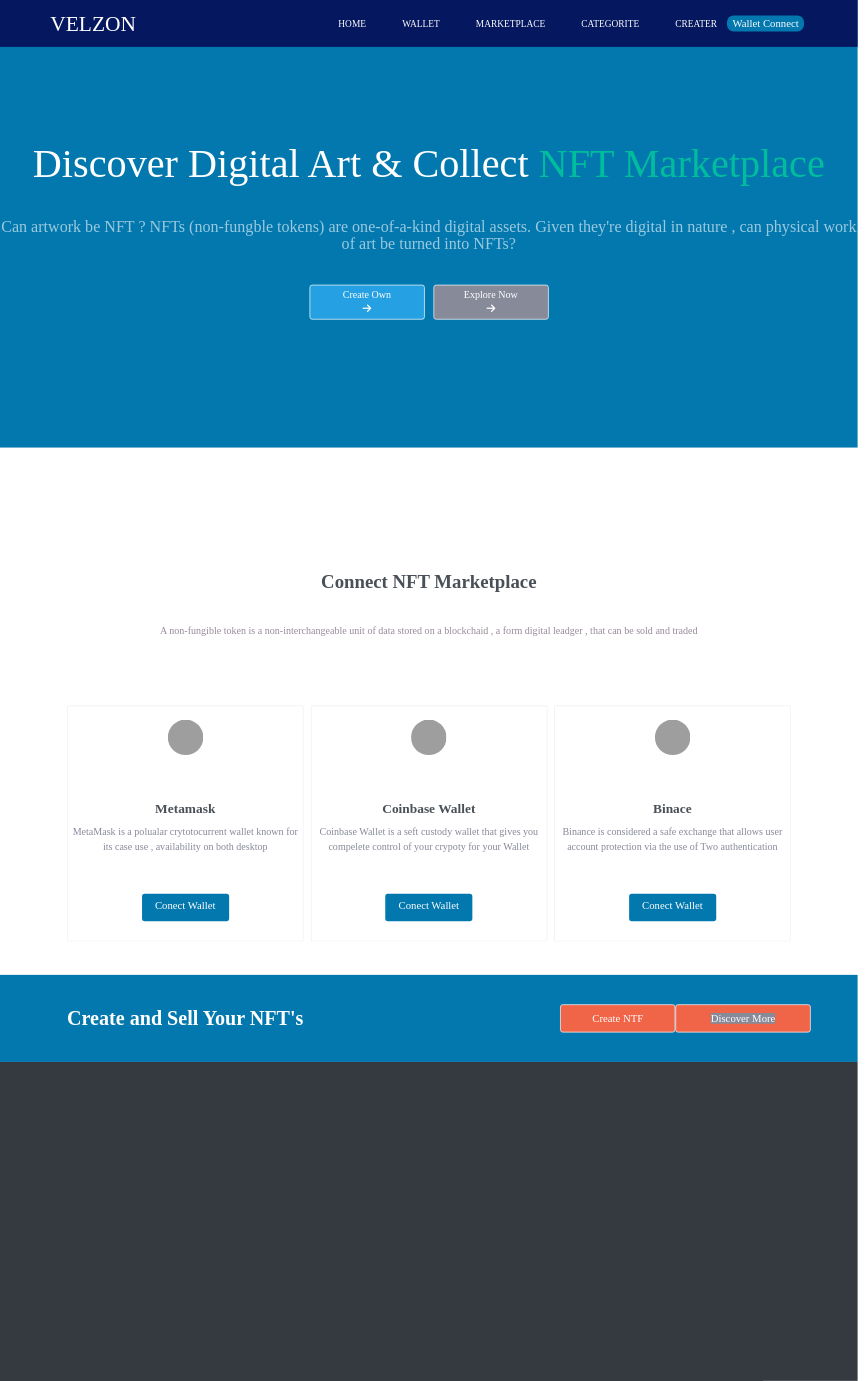
Repository: HuynhDuc23/Webvideodesgin
Page: index.html
An editor plug-in stored every save of this project. The page is shown before and after the next save, followed by the edit.
The browser window is 1280 px wide. The page is 1293 px wide, so the pictures cover 1293 px, including what lies to the right of the window. The pictures show the whole page, at 67% of full size.
Pictures or frames that could not be fetched are drawn as grey boxes. The style sheet was rebuilt from its Sass, Less or Tailwind sources for each picture, by a compiler version that may differ from the author's.

Above is the page before, as saved 2023-04-26 09:48:26.

After the next save:
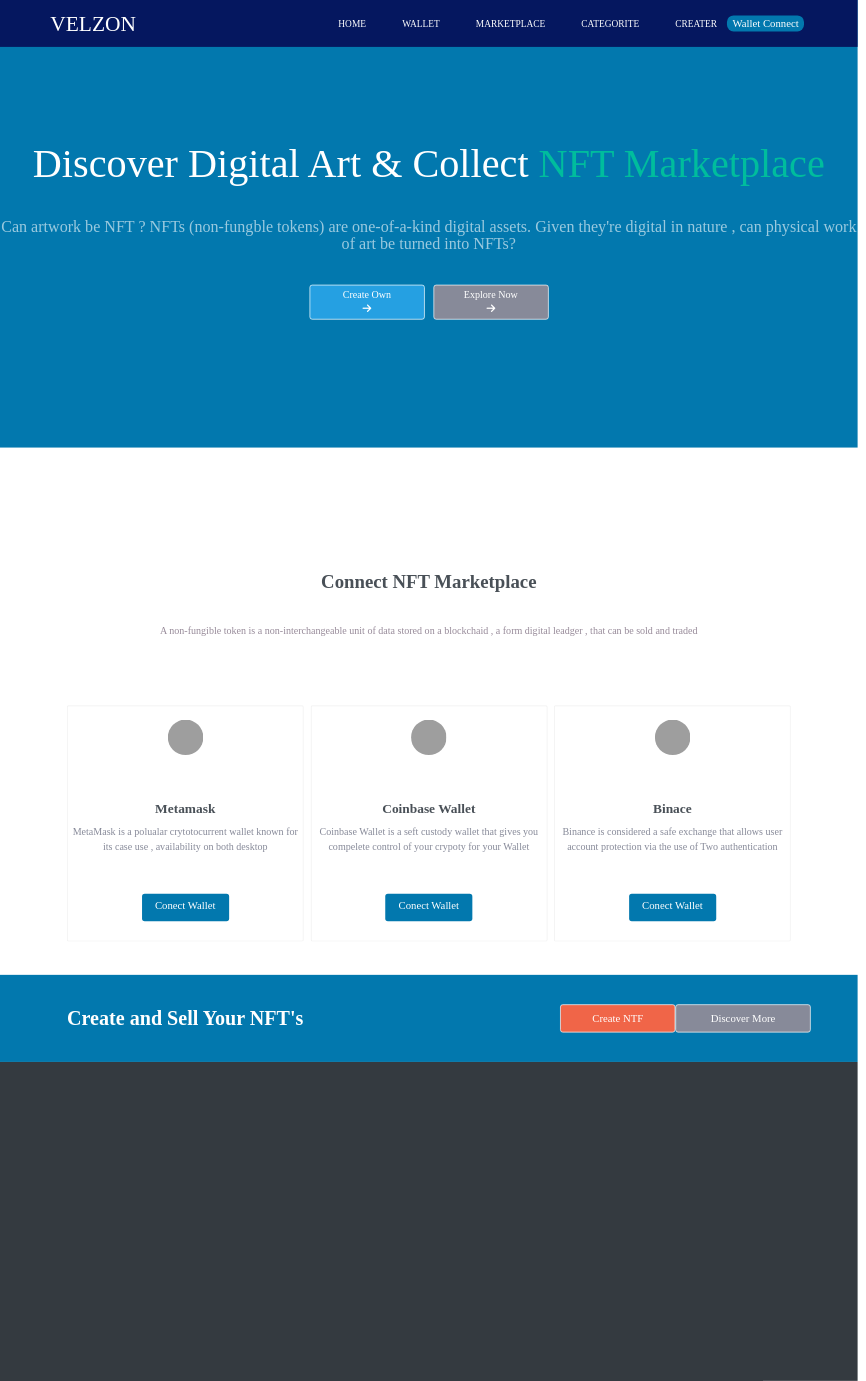
Saved 15 s later.
--- a/style.scss
+++ b/style.scss
@@ -306,9 +306,10 @@
                 border: 1px solid white;
                 border-radius: 4px;
                 position: relative;
+                background-color: #878a99;
                 & > span {
-                    display: block;
-                    background-color: #878a99;
+
+
                     color: white;
                     position: absolute;
                     display: block;
